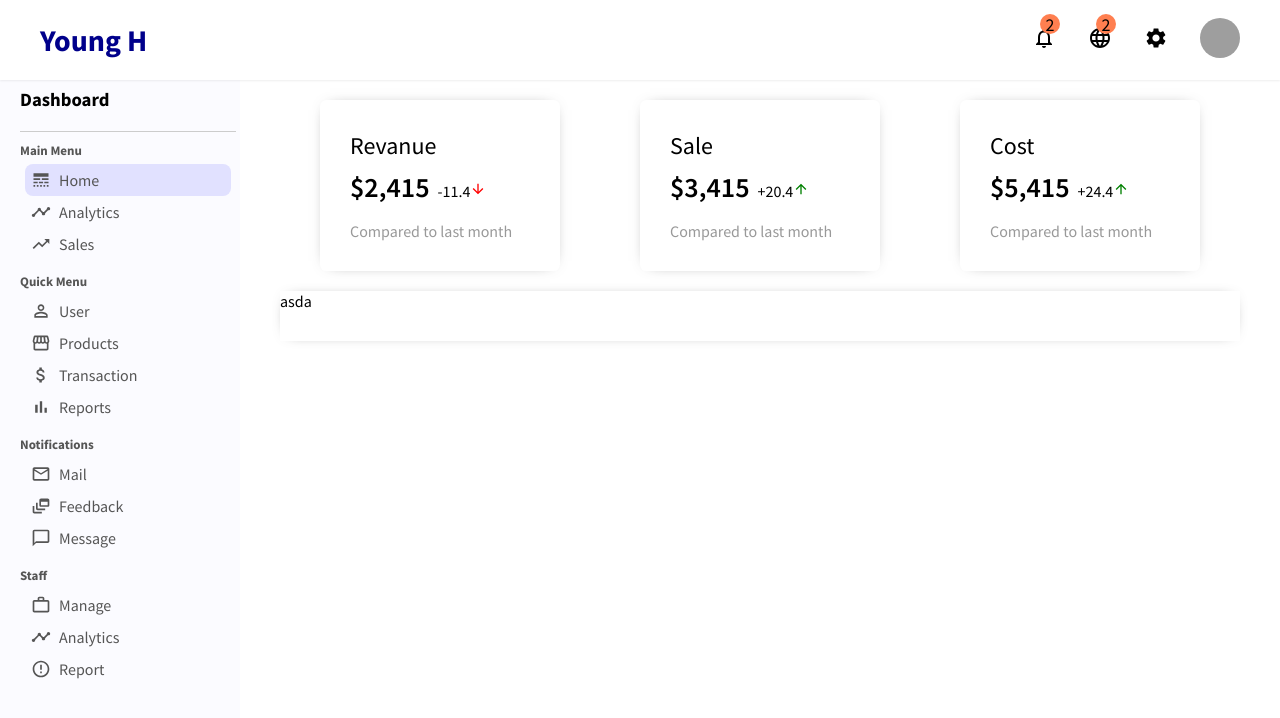
Repository: noname20011/admin
Page: /
The author's editor kept a copy of each file at every save. The page is drawn from the files as they stood at one save, then again after the next save.
The browser window is 1280 px wide. The pictures show the whole page.
Pictures or frames that could not be fetched are drawn as grey boxes. The project was rebuilt for these pictures with package versions that can differ from the ones it lists, and the page was loaded fresh each time.

Above is the page before, as saved 2021-11-13 11:23:31.

### public/index.html
<!DOCTYPE html>
<html lang="en">
  <head>
    <meta charset="utf-8" />
    <link rel="icon" href="%PUBLIC_URL%/favicon.ico" />
    <meta name="viewport" content="width=device-width, initial-scale=1" />
    <meta name="theme-color" content="#000000" />
    <meta
      name="description"
      content="Web site created using create-react-app"
    />
    <!-- GOOGLE FONTS -->
    <link href="https://fonts.googleapis.com/css2?family=Source+Sans+Pro:wght@200;300;400;600;700;900&display=swap" rel="stylesheet">
    <style>
      * {
        font-family: 'Source Sans Pro', sans-serif;
        padding: 0;
        margin: 0;
      }
    </style>
    <title>React Admin App</title>
  </head>
  <body>
    <div id="root"></div>
  </body>
</html>

### src/App.js
import Topbar from "./comopnents/topbar/Topbar";
import Sidebar from "./comopnents/sidebar/Sidebar";
import Home from "./pages/home/Home.jsx"
import './app.css'
function App() {
  return (
    <div>
      <Topbar/>
      <div className="container">
        <Sidebar/>
        <Home/>
      </div>
    </div>
  );
}

export default App;

### src/comopnents/topbar/Topbar.jsx
import React from 'react'
import './topbar.css'

import { Language, NotificationsNone, Settings  } from '@material-ui/icons'

export default function Topbar() {
    return (
        <div className="topbar">
            <div className="topbarWrapper">
                <div className="topLeft">
                    <div className="logo">Young H</div>
                </div>
                <div className="topRight">
                    <div className="topbarIconContainer">
                        <NotificationsNone/>
                        <div className="topIconsBadge">2</div>
                    </div>
                    <div className="topbarIconContainer">
                        <Language/>
                        <div className="topIconsBadge">2</div>
                    </div>
                    <div className="topbarIconContainer">
                        <Settings/>
                    </div>
                    <div>
                        <img src="https://images.pexels.com/photos/1526814/pexels-photo-1526814.jpeg?auto=compress&cs=tinysrgb&dpr=2&w=500" alt="admin" className="topAvatar"/>
                    </div>
                </div>
            </div>
        </div>
    )
}

### src/comopnents/sidebar/Sidebar.jsx
import { AttachMoney, BarChart, ChatBubbleOutline, DynamicFeed, ErrorOutline, LineStyle, MailOutlined, PersonOutline, Storefront, Timeline, TrendingUp,  WorkOutlineOutlined } from '@material-ui/icons'
import React from 'react'
import "./sidebar.css"
export default function Sidebar() {
    return (
        <div className="sidebar">
            <div className="sidebarWrapper">
                <h3 className="sidebarTitle">Dashboard</h3>
                <div className="sidebarMenu">
                    <h4 className="sidebarMenuTitle">Main Menu</h4>
                    <ul className="sidebarLists">
                        <li className="sidebarListItem active">
                            <LineStyle className="sidebarIcon"/>
                            Home
                        </li>
                        <li className="sidebarListItem">
                            <Timeline className="sidebarIcon"/>
                            Analytics
                        </li>
                        <li className="sidebarListItem">
                            <TrendingUp className="sidebarIcon"/>
                            Sales
                        </li>
                    </ul>
                </div>
                <div className="sidebarMenu">
                    <h4 className="sidebarMenuTitle">Quick Menu</h4>
                    <ul className="sidebarLists">
                        <li className="sidebarListItem">
                            <PersonOutline className="sidebarIcon"/>
                            User
                        </li>
                        <li className="sidebarListItem">
                            <Storefront className="sidebarIcon"/>
                            Products
                        </li>
                        <li className="sidebarListItem">
                            <AttachMoney className="sidebarIcon"/>
                            Transaction
                        </li>
                        <li className="sidebarListItem">
                            <BarChart className="sidebarIcon"/>
                            Reports
                        </li>
                    </ul>
                </div>
                <div className="sidebarMenu">
                    <h4 className="sidebarMenuTitle">Notifications</h4>
                    <ul className="sidebarLists">
                        <li className="sidebarListItem">
                            <MailOutlined className="sidebarIcon"/>
                            Mail
                        </li>
                        <li className="sidebarListItem">
                            <DynamicFeed className="sidebarIcon"/>
                            Feedback
                        </li>
                        <li className="sidebarListItem">
                            <ChatBubbleOutline className="sidebarIcon"/>
                            Message
                        </li>
                    </ul>
                </div>
                <div className="sidebarMenu">
                    <h4 className="sidebarMenuTitle">Staff</h4>
                    <ul className="sidebarLists">
                        <li className="sidebarListItem">
                            <WorkOutlineOutlined className="sidebarIcon"/>
                            Manage
                        </li>
                        <li className="sidebarListItem">
                            <Timeline className="sidebarIcon"/>
                            Analytics
                        </li>
                        <li className="sidebarListItem">
                            <ErrorOutline className="sidebarIcon"/>
                            Report
                        </li>
                    </ul>
                </div>
            </div>
        </div>
    )
}

### src/pages/home/Home.jsx
import "./home.css"
import Feature from "../../comopnents/featureInfo/Feature"
import Chart from "../../comopnents/chart/Chart"
export default function Home() {
    return (
        <div className="home">
            <Feature/>
            <Chart/>
        </div>
    )
}

### src/app.css
ul, li {
    list-style: none;
}

a {
    text-decoration: none;
}

.container {
    display: flex;
}

.other {
    flex: 4;
}

### src/comopnents/topbar/topbar.css
.topbar {
    width: 100%;
    height: 80px;
    background: #fff;
    box-shadow: 0 .5px 2px rgba(0, 0, 0, 0.07);

    position: sticky;
    top: 0;
    z-index: 1000;
}

.topbarWrapper {
    height: 100%;
    padding: 0 40px;
    display: flex;
    justify-content: space-between;
    align-items: center;
}

.logo {
    font-weight: bold;
    font-size: 30px;
    color: darkblue;
    cursor: pointer;
}

.topRight {
    display: flex;
    align-items: center;
    column-gap: 2rem;
}
.topbarIconContainer {
    position: relative;
    cursor: pointer;
}

.topIconsBadge {
    font-size: 18px;
    position: absolute;
    top: -12px;
    right: -4px;

    width: 20px;
    height: 20px;
    background-color: coral;
    border-radius: 50%;

    display: flex;
    place-content: center;
    place-items: center;
}

.topAvatar {
    width: 40px;
    height: 40px;
    object-fit: cover;
    border-radius: 50%;
    cursor: pointer;
}

### src/comopnents/sidebar/sidebar.css
.sidebar {
    flex: 1;
    background-color: rgb(251, 251, 255);
    position: sticky;
    top: 80px;
    height: calc(100vh - 80px);
}

.sidebarWrapper {
    padding: 8px 4px 0 20px;
}

.sidebarTitle {
    padding-bottom: 20px;
    margin-bottom: 10px;
    border-bottom: 1px solid #ccc;
}

.sidebarMenu {
    margin-bottom: 8px;
}

.sidebarMenuTitle {
    color: #555;
    font-size: 13px;
}

.sidebarLists {
    padding: 5px;
}

.sidebarListItem {
    display: flex;
    align-items: center;
    column-gap: .5rem;

    padding: 6px;
    color: #555;
    cursor: pointer;
    border-radius: .5rem;
}

.sidebarListItem.active,
.sidebarListItem:hover {
    background-color: rgb(225, 225, 255);
}

.sidebarIcon {
    font-size: 20px!important;
}

### src/pages/home/home.css
.home {
    flex: 4;
    margin: 0 40px;
}

### src/comopnents/featureInfo/Feature.jsx
import { ArrowDownward, ArrowUpward } from '@material-ui/icons'
import "./feature.css"

export default function Feature() {
    return (
        <div className="featured">
            <div className="featuredItem">
                <span className="featuredTitle">Revanue</span>
                <div className="featuredMoneyContainer">
                    <span className="featuredMoney">$2,415</span>
                    <span className="featuredMoneyRate">-11.4
                        <ArrowDownward className="featuredIcon negative"/>
                    </span>
                </div>
                <span className="featuredSub">Compared to last month
                </span>
            </div>

            <div className="featuredItem">
                <span className="featuredTitle">Sale</span>
                <div className="featuredMoneyContainer">
                    <span className="featuredMoney">$3,415</span>
                    <span className="featuredMoneyRate">+20.4
                        <ArrowUpward className="featuredIcon "/>
                    </span>
                </div>
                <span className="featuredSub">Compared to last month
                </span>
            </div>

            <div className="featuredItem">
                <span className="featuredTitle">Cost</span>
                <div className="featuredMoneyContainer">
                    <span className="featuredMoney">$5,415</span>
                    <span className="featuredMoneyRate">+24.4
                        <ArrowUpward className="featuredIcon "/>
                    </span>
                </div>
                <span className="featuredSub">Compared to last month</span>
            </div>
        </div>
    )
}

### src/comopnents/chart/Chart.jsx
import "./chart.css"

export default function Chart() {
    return (
        <div className="chart">
            asda
        </div>
    )
}

### src/comopnents/featureInfo/feature.css
.featured {
    display: flex;
    justify-content: space-between;
    width: 100%;
}
.featuredItem {
    flex: 1;
    margin: 20px 40px;
    padding: 30px;
    border-radius: .4rem;
    cursor: pointer;
    -webkit-box-shadow: 0px 0px 15px -10px rgba(0, 0, 0, 0.75);
    box-shadow: 0px 0px 15px -10px rgba(0, 0, 0, 0.75);
}

.featuredTitle {
    font-size: 24px;
    margin-bottom: 8px;
    display: block;
}

.featuredMoneyContainer {
    margin: 6px 0 16px;
}

.featuredMoney {
    font-weight: 600;
    font-size: 28px;
}

.featuredMoneyRate {
    font-size: 16px;
    margin-left: 8px;
}

.featuredIcon {
    font-size: 16px!important;
    color: green;
}

.featuredIcon.negative {
    color: red;
}

.featuredSub {
    color: #999;
    font-size: 16px;
}

### src/comopnents/chart/chart.css
.chart {
    width: 100%;
    height: 50px;
    -webkit-box-shadow: 0px 0px 15px -10px rgba(0, 0, 0, 0.75);
    box-shadow: 0px 0px 15px -10px rgba(0, 0, 0, 0.75);
}

Loaded but not shown: src/index.js (common file)

After the next save:
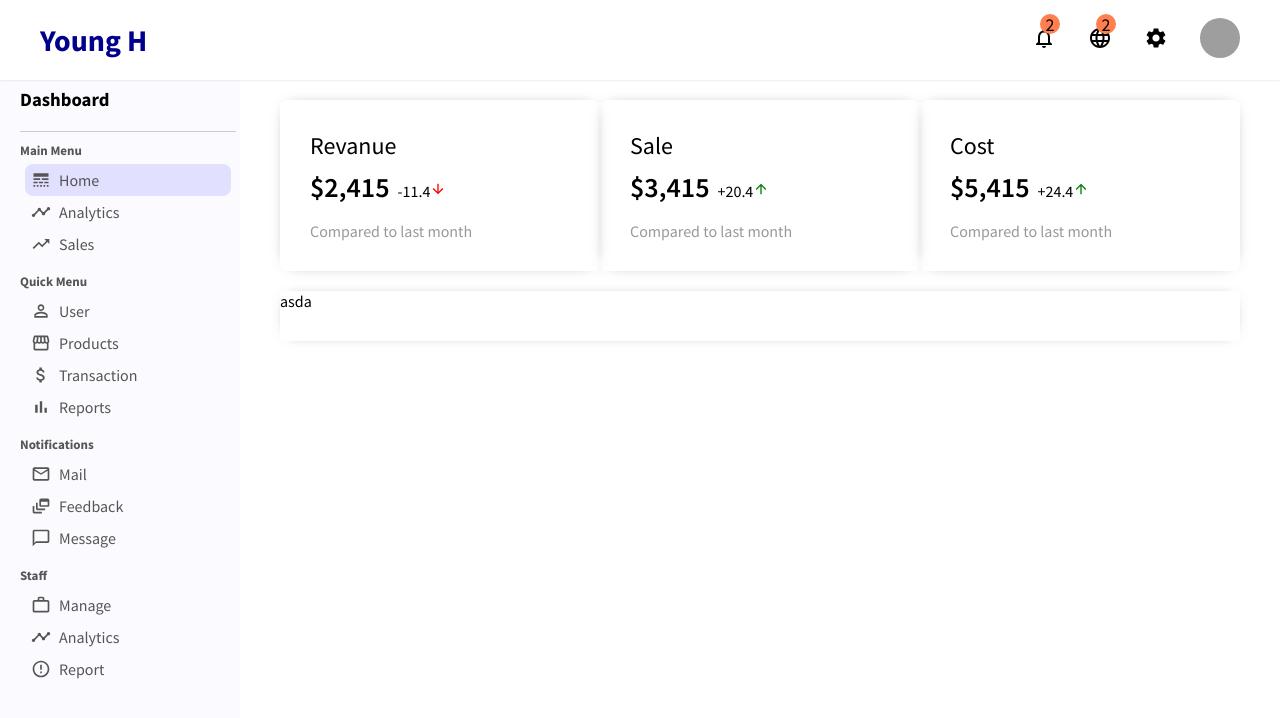
Saved 23 s later.
--- a/src/comopnents/featureInfo/feature.css
+++ b/src/comopnents/featureInfo/feature.css
@@ -5,7 +5,7 @@
 }
 .featuredItem {
     flex: 1;
-    margin: 20px 40px;
+    margin: 20px 0;
     padding: 30px;
     border-radius: .4rem;
     cursor: pointer;
